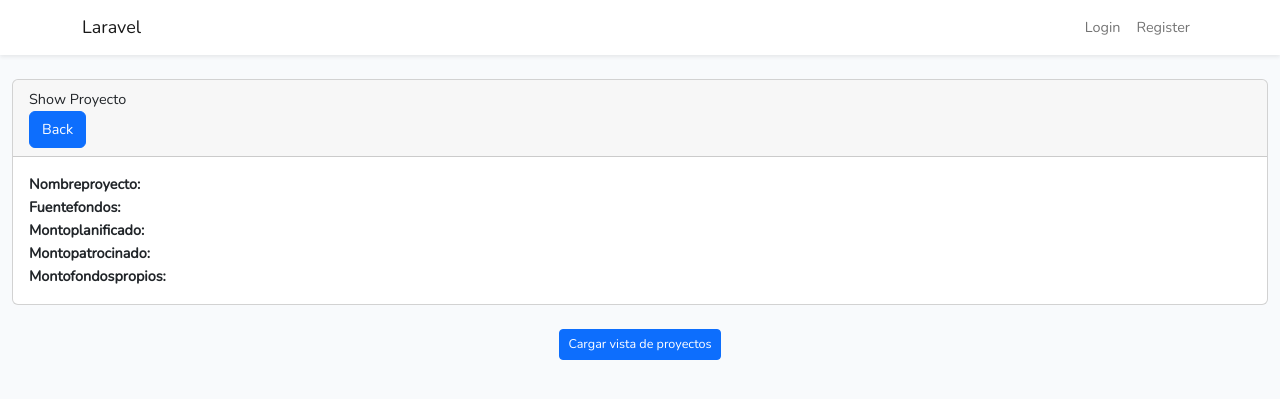
Repository: Hellcat98/Practica_laravel_alfredo
Page: resources/views/proyecto/show.blade.php
An editor plug-in stored every save of this project. The page is shown before and after the next save, followed by the edit.
The browser window is 1280 px wide. The pictures show the whole page.
The page is served by the project's Laravel application, run on PHP 8.4 with Laravel 10. Style sheets and scripts are compiled from the project's sources, by tool versions that may differ from the author's. The template is opened directly, without the code that normally fills it, so the values that code supplies are empty.

Above is the page before, as saved 2023-06-11 19:37:27.

After the next save:
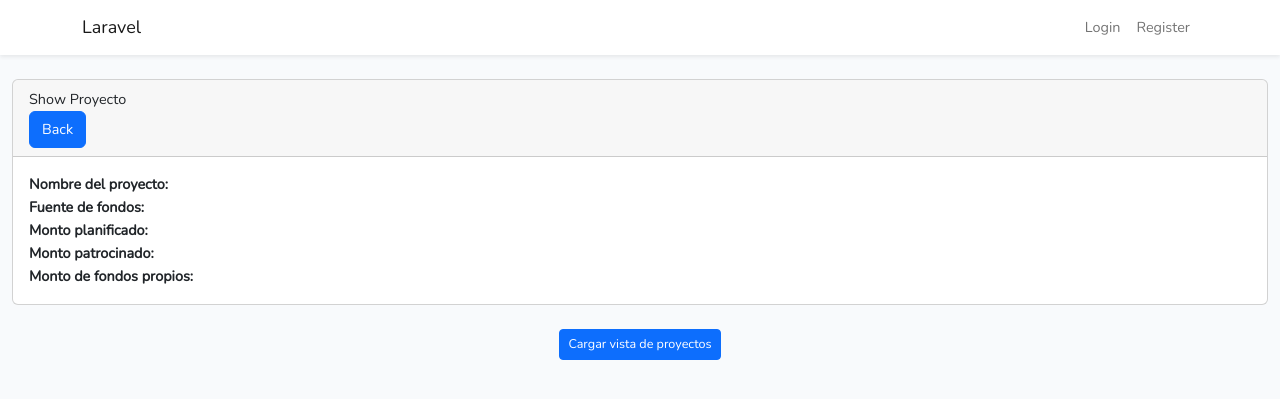
Saved 75 s later.
--- a/resources/views/proyecto/show.blade.php
+++ b/resources/views/proyecto/show.blade.php
@@ -21,23 +21,23 @@
                     <div class="card-body">
 
                         <div class="form-group">
-                            <strong>Nombreproyecto:</strong>
+                            <strong>Nombre del proyecto:</strong>
                             {{ $proyecto->NombreProyecto }}
                         </div>
                         <div class="form-group">
-                            <strong>Fuentefondos:</strong>
+                            <strong>Fuente de fondos:</strong>
                             {{ $proyecto->fuenteFondos }}
                         </div>
                         <div class="form-group">
-                            <strong>Montoplanificado:</strong>
+                            <strong>Monto planificado:</strong>
                             {{ $proyecto->MontoPlanificado }}
                         </div>
                         <div class="form-group">
-                            <strong>Montopatrocinado:</strong>
+                            <strong>Monto patrocinado:</strong>
                             {{ $proyecto->MontoPatrocinado }}
                         </div>
                         <div class="form-group">
-                            <strong>Montofondospropios:</strong>
+                            <strong>Monto de fondos propios:</strong>
                             {{ $proyecto->MontoFondosPropios }}
                         </div>
 
